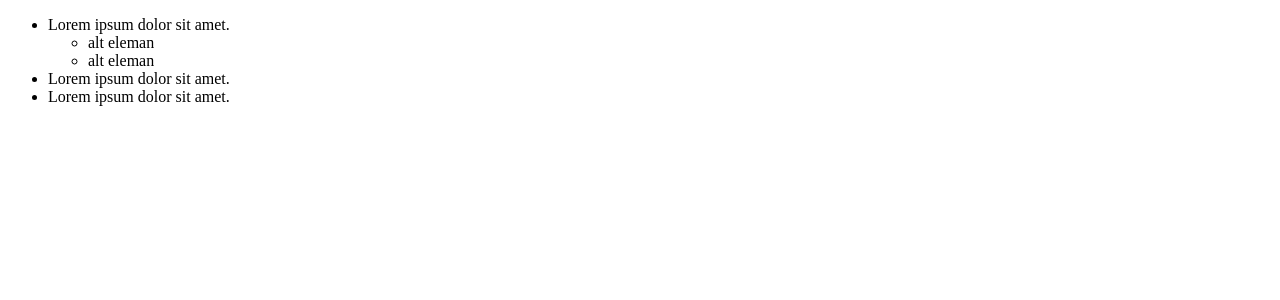
Repository: sammkrt/git101
Page: html-css-TrainingMyself/index.html
An editor plug-in stored every save of this project. The page is shown before and after the next save, followed by the edit.
The browser window is 1280 px wide. The pictures show the whole page.

Above is the page before, as saved 2022-12-22 11:14:51.

### html-css-TrainingMyself/index.html
<!DOCTYPE html>
<html lang="en">
<head>
    <meta charset="UTF-8">
    <meta http-equiv="X-UA-Compatible" content="IE=edge">
    <meta name="viewport" content="width=device-width, initial-scale=1.0">
    <title>Document</title>
</head>
<body>
    <ul>
        <li>Lorem ipsum dolor sit amet.</li>
        <ul>
            <li>alt eleman</li>
            <li>alt eleman</li>
        </ul>
        <li>Lorem ipsum dolor sit amet.</li>
        <li>Lorem ipsum dolor sit amet.</li>
    </ul>
</body>
</html>

After the next save:
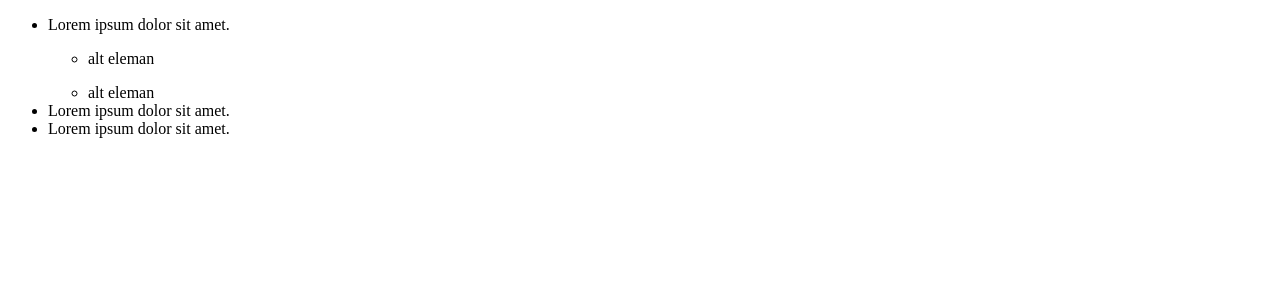
Saved 59 s later.
--- a/html-css-TrainingMyself/index.html
+++ b/html-css-TrainingMyself/index.html
@@ -10,7 +10,7 @@
     <ul>
         <li>Lorem ipsum dolor sit amet.</li>
         <ul>
-            <li>alt eleman</li>
+            <p><li>alt eleman</li></p>
             <li>alt eleman</li>
         </ul>
         <li>Lorem ipsum dolor sit amet.</li>
